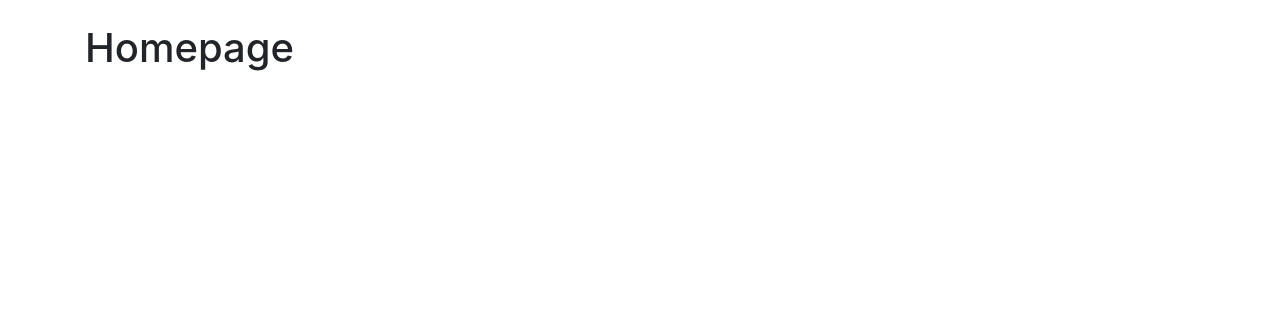
Repository: hardik2626/reactcrud2020
Page: /contact
These files come from the project's save history. The page is drawn as it stood at one moment and after the next save; the edit follows.
The browser window is 1280 px wide. The pictures show the whole page.
The project was rebuilt for these pictures with package versions that can differ from the ones it lists, and the page was loaded fresh each time. Also part of the build but not shown: src/index.css, src/App.css.

Above is the page before, as saved 2020-10-28 17:39:24.

### src/App.js

import './App.css';
import '../node_modules/bootstrap/dist/css/bootstrap.css'
import Home from './component/pages/Home';

function App() {
  return (
    <div className="App">
      <Home />
    </div>
  );
}

export default App;

### src/component/pages/Home.js
import React from 'react'

const Home = () => {
    return (
        <>
            <div className="container">
                <div className="py-4">
                    <h1>Homepage</h1>
                </div>
            </div>
        </>
    )
}

export default Home

### src/component/pages/About.js
import React from 'react'

const About = () => {
    return (
        <>
            <div className="container">
                <div className="py-4">
                    <h1>About page</h1>
                </div>
            </div>
        </>
    )
}

export default About

### src/component/pages/Contact.js
import React from 'react'

const Contact = () => {
    return (
        <>
            <div className="container">
                <div className="py-4">
                    <h1>Contact page</h1>
                </div>
            </div>
        </>
    )
}

export default Contact

Loaded but not shown: public/index.html (common file); src/index.js (common file)

After the next save:
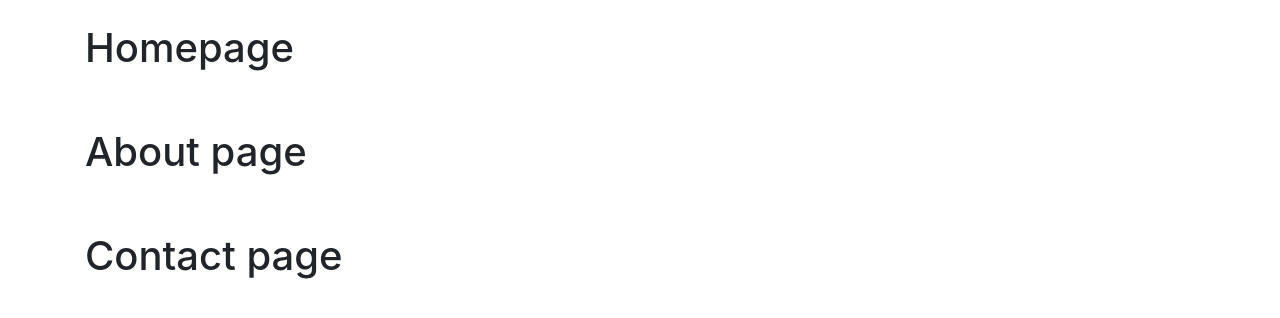
Saved 17 s later.
--- a/src/App.js
+++ b/src/App.js
@@ -2,11 +2,15 @@
 import './App.css';
 import '../node_modules/bootstrap/dist/css/bootstrap.css'
 import Home from './component/pages/Home';
+import About from './component/pages/About';
+import Contact from './component/pages/Contact';
 
 function App() {
   return (
     <div className="App">
       <Home />
+      <About />
+      <Contact />
     </div>
   );
 }
